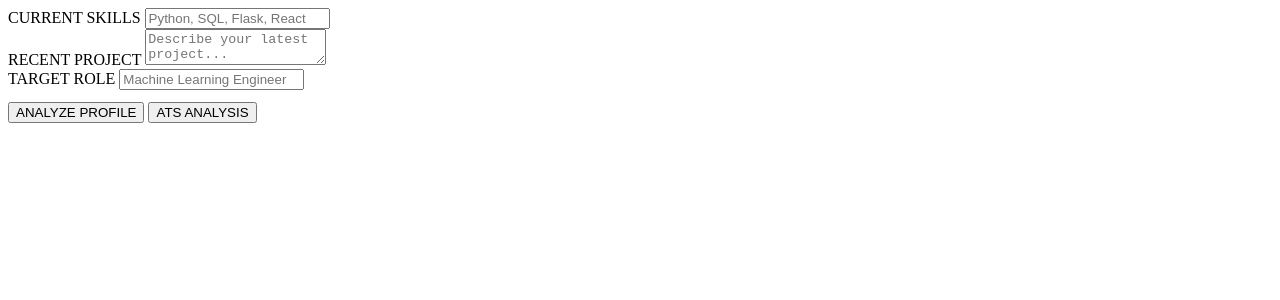
Repository: PratapOP/Career_Mentor_AI
Page: frontend/index.html
These files come from the project's save history. The page is drawn as it stood at one moment and after the next save; the edit follows.
The browser window is 1280 px wide. The pictures show the whole page.

Above is the page before, as saved 2026-06-10 12:55:21.

### frontend/index.html
<form id="mentorForm">

    <div class="input-group">

        <label for="skills">
            CURRENT SKILLS
        </label>

        <input
            type="text"
            id="skills"
            placeholder="Python, SQL, Flask, React"
            required
        >

    </div>

    <div class="input-group">

        <label for="project">
            RECENT PROJECT
        </label>

        <textarea
            id="project"
            placeholder="Describe your latest project..."
            required
        ></textarea>

    </div>

    <div class="input-group">

        <label for="target">
            TARGET ROLE
        </label>

        <input
            type="text"
            id="target"
            placeholder="Machine Learning Engineer"
            required
        >

    </div>

    <button
        type="submit"
        class="submit-btn"
    >
        ANALYZE PROFILE
    </button>

    <button
        type="button"
        class="submit-btn"
        id="atsButton"
        style="margin-top: 12px;"
    >
        ATS ANALYSIS
    </button>

</form>

After the next save:
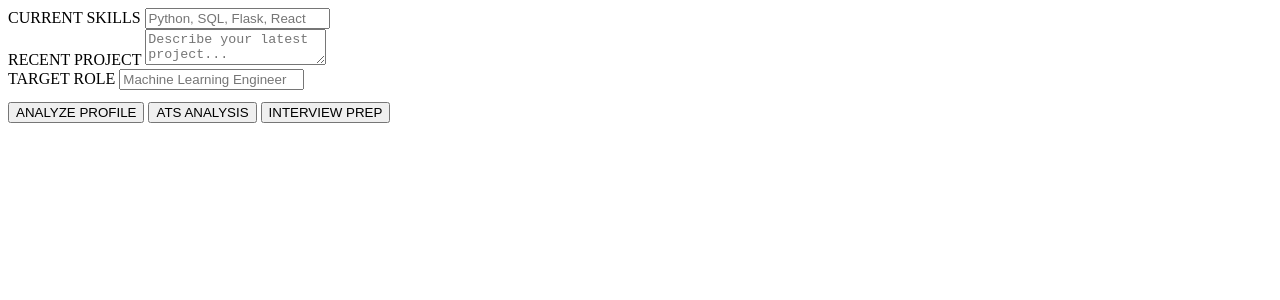
Saved 2 min 24 s later.
--- a/frontend/index.html
+++ b/frontend/index.html
@@ -60,4 +60,13 @@
         ATS ANALYSIS
     </button>
 
+    <button
+        type="button"
+        class="submit-btn"
+        id="interviewButton"
+        style="margin-top: 12px;"
+    >
+        INTERVIEW PREP
+    </button>
+
 </form>
